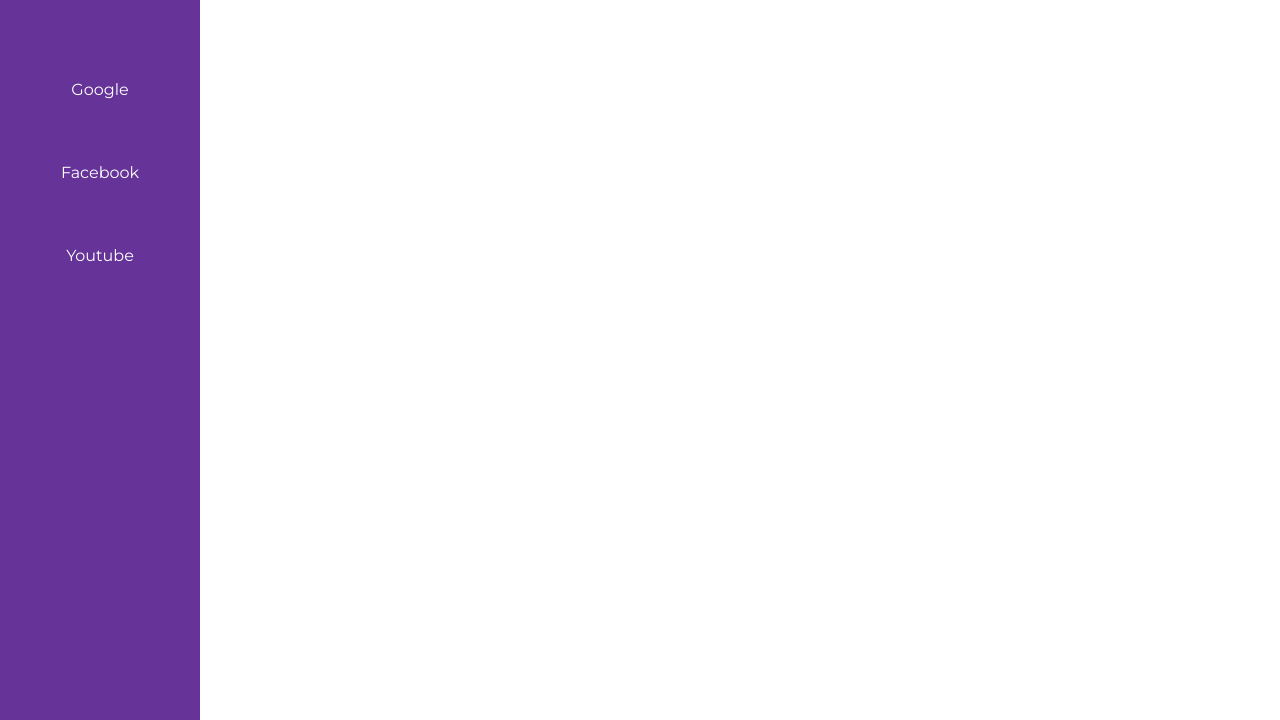
Repository: kate30980/js-practice
Page: hambuger-button/index.html
These files come from the project's save history. The page is drawn as it stood at one moment and after the next save; the edit follows.
The browser window is 1280 px wide. The pictures show the whole page.

Above is the page before, as saved 2021-08-28 22:16:52.

### hambuger-button/index.html
<!DOCTYPE html>
<html lang="en">

<head>
    <meta charset="UTF-8">
    <meta http-equiv="X-UA-Compatible" content="IE=edge">
    <meta name="viewport" content="width=device-width, initial-scale=1.0">
    <title>Hambuger Button</title>
    <script type="module" src="https://unpkg.com/ionicons@5.5.2/dist/ionicons/ionicons.esm.js"></script>
    <script nomodule src="https://unpkg.com/ionicons@5.5.2/dist/ionicons/ionicons.js"></script>
    <link rel="stylesheet" href="style.css">
    <script src="script.js" defer></script>
</head>

<body>
    <button>
        <ion-icon name="reorder-four-outline"></ion-icon>
    </button>

    <nav>
        <ul>
            <li><a href="#">Google</a></li>
            <li><a href="#">Facebook</a></li>
            <li><a href="#">Youtube</a></li>
        </ul>
    </nav>
</body>

</html>

### hambuger-button/style.css
@import url('https://fonts.googleapis.com/css2?family=Montserrat:wght@300;400;600;700&display=swap');
*{
    box-sizing: border-box;
}
body{
    display: flex;
    align-items: center;
    justify-content: center;
    font-family: 'Montserrat', sans-serif;
    margin: 0;
    min-height:100vh;
}
button{
    background-color: rebeccapurple;
    border:none;color:white;
    position: fixed;
    top: 20px;
    left: 20px;

}
nav{
    background-color:rebeccapurple;
    position: fixed;
    top: 0;
    left: 0;
    width: 200px;
    height: 100vh;
    padding: 2rem;
}
nav ul{
    padding: 0;
    list-style-type: none;
    margin0

}
nav ul li{
    padding: 2rem 0;
    text-align: center;
}
nav a{
    color: white;
    text-decoration: none;
}

Loaded but not shown: hambuger-button/script.js (no stored copy; drawn as an empty file)

After the next save:
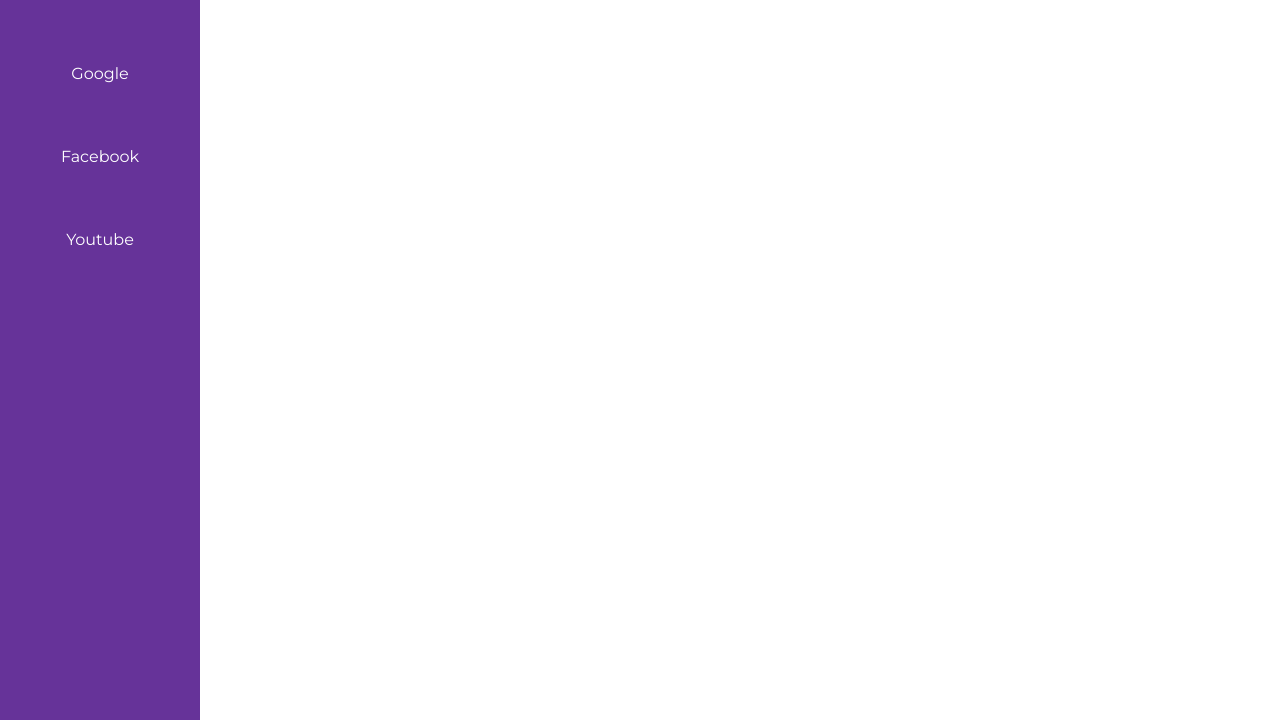
Saved 4 s later.
--- a/hambuger-button/style.css
+++ b/hambuger-button/style.css
@@ -30,8 +30,7 @@
 nav ul{
     padding: 0;
     list-style-type: none;
-    margin0
-
+    margin:0;
 }
 nav ul li{
     padding: 2rem 0;
